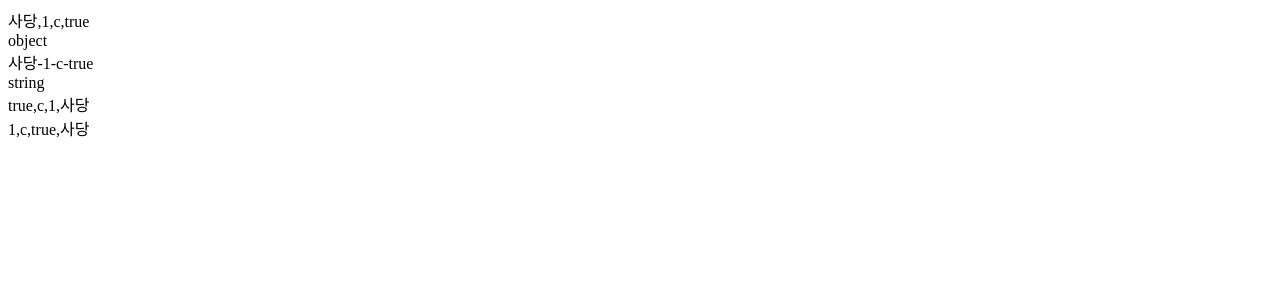
Repository: reddrinkbro/JSPStudy
Page: javascript/WebContent/4객체/array_0b2.html
The author's editor kept a copy of each file at every save. The page is drawn from the files as they stood at one save, then again after the next save.
The browser window is 1280 px wide. The pictures show the whole page.

Above is the page before, as saved 2020-04-07 01:46:57.

After the next save:
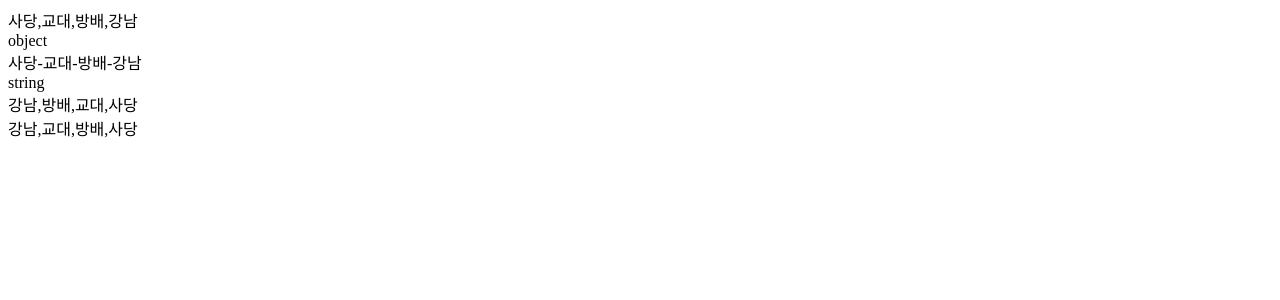
Saved 7 s later.
--- a/javascript/WebContent/4객체/array_0b2.html
+++ b/javascript/WebContent/4객체/array_0b2.html
@@ -25,7 +25,7 @@
 	 //배열 객체 메소드 중 join()과 reverse()메소드를 사용한 예제
 
 	 //배열객체 생성
-	 var num = ["사당", 1, 'c', true];
+	 var num = ["사당", "교대", "방배", "강남"];
 
 	 //배열객체를 출력
 	 document.write(num,"<br/>");
